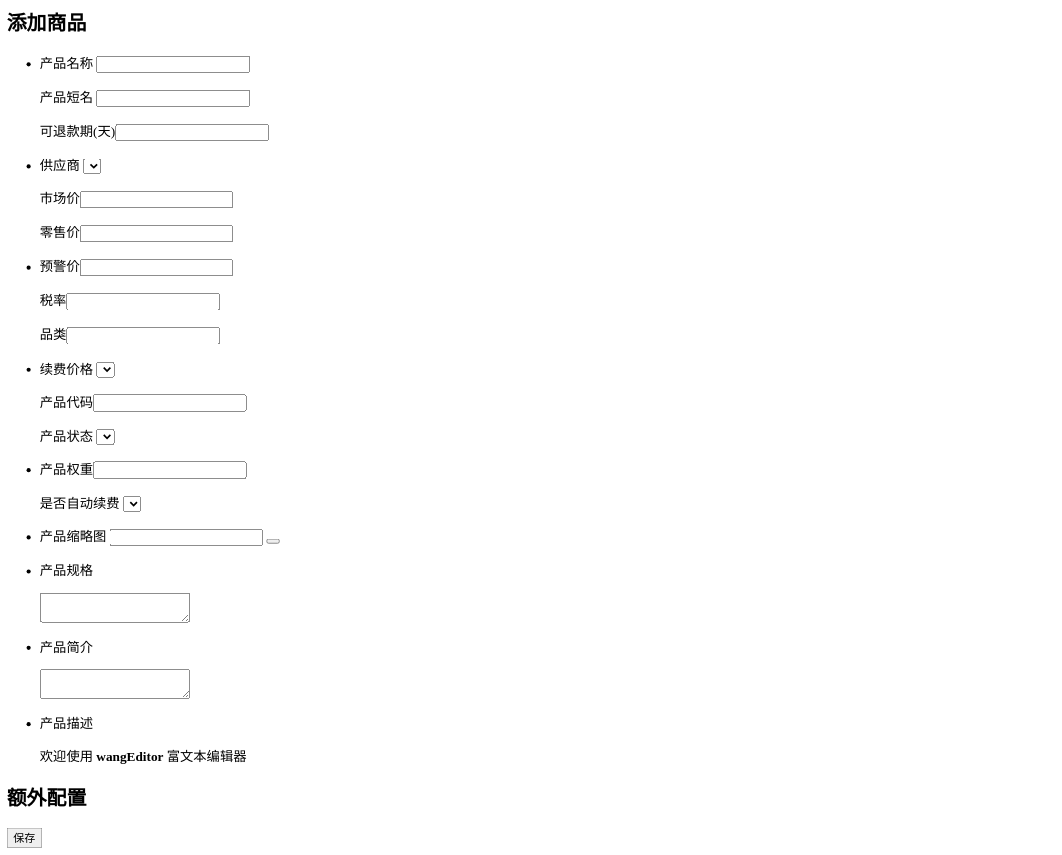
Repository: wangyan466393/racentSystem
Page: addProduct.html
An editor plug-in stored every save of this project. The page is shown before and after the next save, followed by the edit.
The browser window is 1280 px wide. The pictures show the whole page, at 83% of full size.

Above is the page before, as saved 2020-08-19 21:42:20.

### addProduct.html
<div id="content_box">
    <h2>添加商品</h2>
    <div class="config_box">
        <div class="price_content">
            <ul>
                <li>
                    <p>
                        <span>产品名称</span>
                        <input type="text" >
                    </p>
                    <p>
                        <span>产品短名</span>
                        <input type="text" >
                    </p>
                    <p>
                        <span>可退款期(天)</span><input type="number" >
                    </p>
                </li>
                <li>
                    <p>
                        <span>供应商</span>
                        <select name="" id="" class="sel">
                            <option value=""></option>
                        </select>
                    </p>
                    <p>
                        <span>市场价</span><input type="number" >
                    </p>
                    <p>
                        <span>零售价</span><input type="number" >
                    </p>
                </li>
                <li>
                    <p>
                        <span>预警价</span><input type="number" >
                    </p>
                    <p>
                        <span>税率</span><input type="number" >
                    </p>
                    <p>
                        <span>品类</span><input type="text" >
                    </p>
                </li>
                <li>
                    <p>
                        <span>续费价格</span>
                        <select name="" id="" class="sel">
                            <option value=""></option>
                        </select>
                    </p>
                    <p>
                        <span>产品代码</span><input type="text" >
                    </p>
                    <p>
                        <span>产品状态</span>
                        <select name="" id="" class="sel">
                            <option value=""></option>
                        </select>
                    </p>
                </li>
                <li>

                    <p>
                        <span>产品权重</span><input type="text">
                    </p>
                    <p>
                        <span>是否自动续费</span>
                        <select name="" id="" class="sel">
                            <option value=""></option>
                        </select>
                    </p>
                    <p></p>
                </li>
                <li>
                    <p class="thumb_box">
                        <span>产品缩略图</span>
                        <label class="input_group">
                            <input type="text" class="form-control">
                            <span class="input-group-btn">
                                <button type="button" class="btn"></button>
                            </span>
                        </label>
                    </p>
                </li>
                <li>
                    <p> <span>产品规格</span></p>
                    <textarea class="e_content description"></textarea>
                </li>
                <li>
                    <p> <span>产品简介</span></p>
                    <textarea class="e_content description"></textarea>

                </li>
                <li>
                    <p> <span>产品描述</span></p>
                    <div id="editor" style="width: 100%;">
                        <p>欢迎使用 <b>wangEditor</b> 富文本编辑器</p>
                    </div>

                </li>
            </ul>
        </div>
    </div>

    <h2>额外配置</h2>

</div>
<div class="email_back_btn">
    <button type="button">保存</button>
</div>

Loaded but not shown: js/wangEditor.min.js (library)

After the next save:
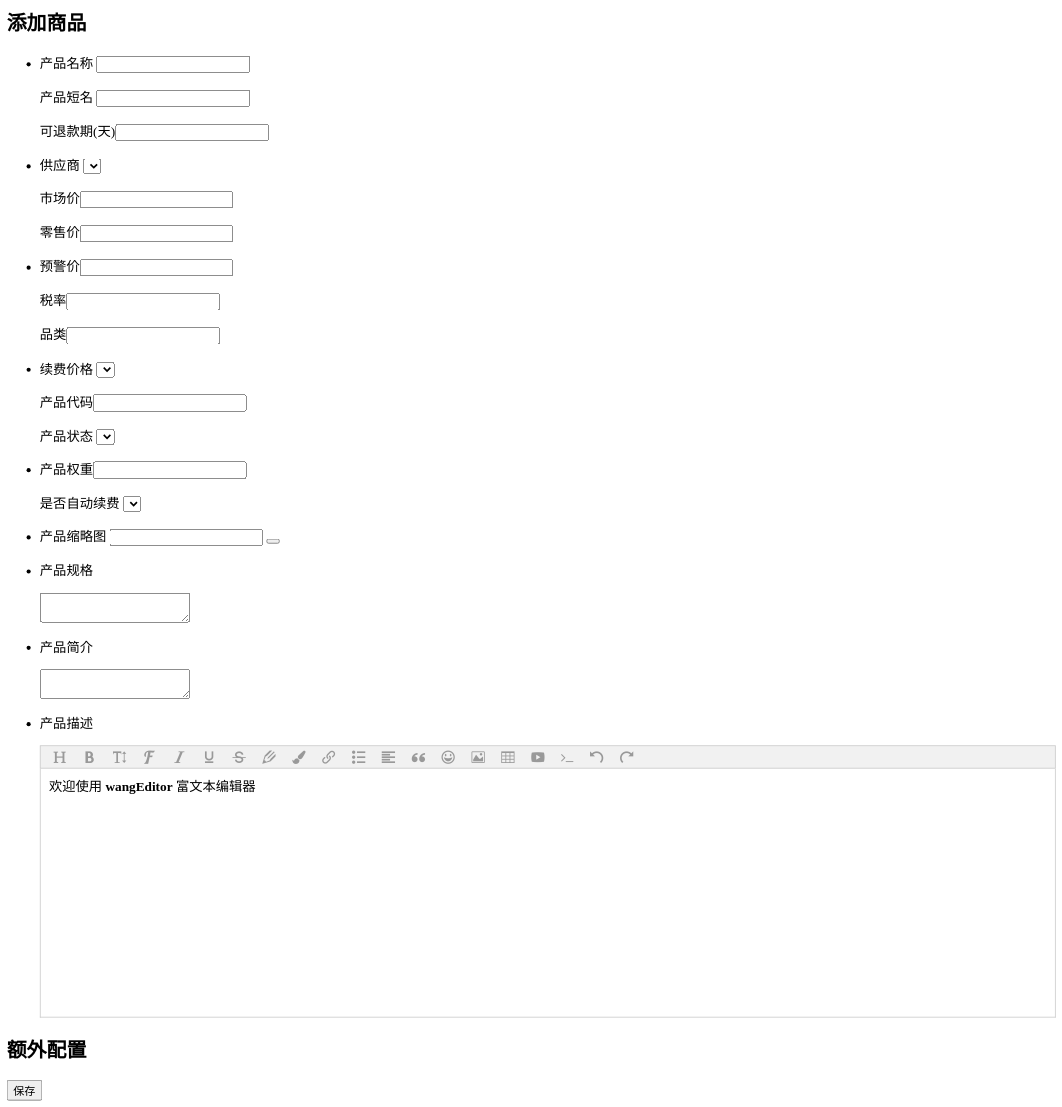
Saved 3 min 7 s later.
--- a/addProduct.html
+++ b/addProduct.html
@@ -108,3 +108,41 @@
 <div class="email_back_btn">
     <button type="button">保存</button>
 </div>
+
+
+
+
+
+
+
+<script src="js/wangEditor.min.js"></script>
+
+<script>
+
+    var E = window.wangEditor
+    var editor = new E('#editor')
+    // 或者 var editor = new E( document.getElementById('editor') )
+    editor.customConfig.menus = [
+        'head',  // 标题
+        'bold',  // 粗体
+        'fontSize',  // 字号
+        'fontName',  // 字体
+        'italic',  // 斜体
+        'underline',  // 下划线
+        'strikeThrough',  // 删除线
+        'foreColor',  // 文字颜色
+        'backColor',  // 背景颜色
+        'link',  // 插入链接
+        'list',  // 列表
+        'justify',  // 对齐方式
+        'quote',  // 引用
+        'emoticon',  // 表情
+        'image',  // 插入图片
+        'table',  // 表格
+        'video',  // 插入视频
+        'code',  // 插入代码
+        'undo',  // 撤销
+        'redo'  // 重复
+    ]
+    editor.create()
+</script>
